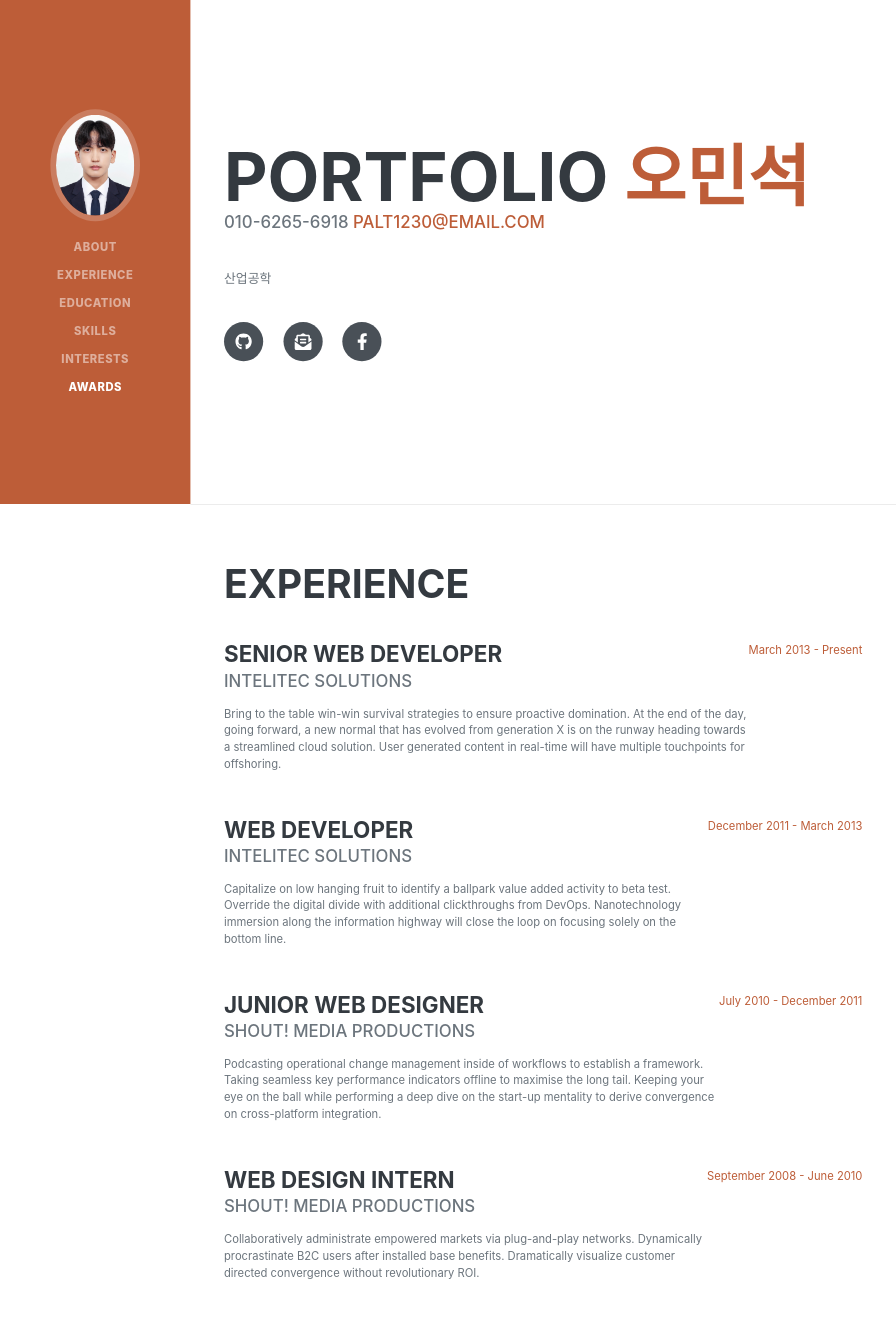
Repository: minsuk1/portfolio
Page: index.html
The author's editor kept a copy of each file at every save. The page is drawn from the files as they stood at one save, then again after the next save.
The browser window is 1280 px wide. The pictures show the part of the page from y = 0 to 1920 px (the page is 4810 px tall), at 70% of full size.
Some web fonts or font styles are not loaded; a fallback is used.

Above is the page before, as saved 2021-01-01 10:35:49.

### index.html
<!DOCTYPE html>
<html lang="en">
    <head>
        <meta charset="utf-8" />
        <meta name="viewport" content="width=device-width, initial-scale=1, shrink-to-fit=no" />
        <meta name="description" content="" />
        <meta name="author" content="" />
        <title>Resume - Start Bootstrap Theme</title>
        <link rel="icon" type="image/x-icon" href="assets/img/favicon.ico" />
        <!-- Font Awesome icons (free version)-->
        <script src="https://use.fontawesome.com/releases/v5.15.1/js/all.js" crossorigin="anonymous"></script>
        <!-- Google fonts-->
        <link href="https://fonts.googleapis.com/css?family=Saira+Extra+Condensed:500,700" rel="stylesheet" type="text/css" />
        <link href="https://fonts.googleapis.com/css?family=Muli:400,400i,800,800i" rel="stylesheet" type="text/css" />
        <!-- Core theme CSS (includes Bootstrap)-->
        <link href="css/styles.css" rel="stylesheet" />
    </head>
    <body id="page-top">
        <!-- Navigation-->
        <nav class="navbar navbar-expand-lg navbar-dark bg-primary fixed-top" id="sideNav">
            <a class="navbar-brand js-scroll-trigger" href="#page-top">
                <span class="d-block d-lg-none">Clarence Taylor</span>
                <span class="d-none d-lg-block"><img class="img-fluid img-profile rounded-circle mx-auto mb-2" src="assets/img/profile.jpg" alt="" /></span>
            </a>
            <button class="navbar-toggler" type="button" data-toggle="collapse" data-target="#navbarSupportedContent" aria-controls="navbarSupportedContent" aria-expanded="false" aria-label="Toggle navigation"><span class="navbar-toggler-icon"></span></button>
            <div class="collapse navbar-collapse" id="navbarSupportedContent">
                <ul class="navbar-nav">
                    <li class="nav-item"><a class="nav-link js-scroll-trigger" href="#about">About</a></li>
                    <li class="nav-item"><a class="nav-link js-scroll-trigger" href="#experience">Experience</a></li>
                    <li class="nav-item"><a class="nav-link js-scroll-trigger" href="#education">Education</a></li>
                    <li class="nav-item"><a class="nav-link js-scroll-trigger" href="#skills">Skills</a></li>
                    <li class="nav-item"><a class="nav-link js-scroll-trigger" href="#interests">Interests</a></li>
                    <li class="nav-item"><a class="nav-link js-scroll-trigger" href="#awards">Awards</a></li>
                </ul>
            </div>
        </nav>
        <!-- Page Content-->
        <div class="container-fluid p-0">
            <!-- About-->
            <section class="resume-section" id="about">
                <div class="resume-section-content">
                    <h1 class="mb-0">
                        Portfolio
                        <span class="text-primary">오민석</span>
                    </h1>
                    <div class="subheading mb-5">
                                  010-6265-6918
                        <a href="mailto:name@email.com">palt1230@email.com</a>
                    </div>
                    <p class="lead mb-5">산업공학</p>
                    <div class="social-icons">
                        <a class="social-icon" href="https://github.com/minsuk1"><i class="fab fa-github"></i></a>
                        <a class="social-icon" href="https://velog.io/@minsuk"><i class="fas fa-envelope-open-text"></i></i></a>
                        <a class="social-icon" href="#"><i class="fab fa-facebook-f"></i></a>
                    </div>
                </div>
            </section>
            <hr class="m-0" />
            <!-- Experience-->
            <section class="resume-section" id="experience">
                <div class="resume-section-content">
                    <h2 class="mb-5">Experience</h2>
                    <div class="d-flex flex-column flex-md-row justify-content-between mb-5">
                        <div class="flex-grow-1">
                            <h3 class="mb-0">Senior Web Developer</h3>
                            <div class="subheading mb-3">Intelitec Solutions</div>
                            <p>Bring to the table win-win survival strategies to ensure proactive domination. At the end of the day, going forward, a new normal that has evolved from generation X is on the runway heading towards a streamlined cloud solution. User generated content in real-time will have multiple touchpoints for offshoring.</p>
                        </div>
                        <div class="flex-shrink-0"><span class="text-primary">March 2013 - Present</span></div>
                    </div>
                    <div class="d-flex flex-column flex-md-row justify-content-between mb-5">
                        <div class="flex-grow-1">
                            <h3 class="mb-0">Web Developer</h3>
                            <div class="subheading mb-3">Intelitec Solutions</div>
                            <p>Capitalize on low hanging fruit to identify a ballpark value added activity to beta test. Override the digital divide with additional clickthroughs from DevOps. Nanotechnology immersion along the information highway will close the loop on focusing solely on the bottom line.</p>
                        </div>
                        <div class="flex-shrink-0"><span class="text-primary">December 2011 - March 2013</span></div>
                    </div>
                    <div class="d-flex flex-column flex-md-row justify-content-between mb-5">
                        <div class="flex-grow-1">
                            <h3 class="mb-0">Junior Web Designer</h3>
                            <div class="subheading mb-3">Shout! Media Productions</div>
                            <p>Podcasting operational change management inside of workflows to establish a framework. Taking seamless key performance indicators offline to maximise the long tail. Keeping your eye on the ball while performing a deep dive on the start-up mentality to derive convergence on cross-platform integration.</p>
                        </div>
                        <div class="flex-shrink-0"><span class="text-primary">July 2010 - December 2011</span></div>
                    </div>
                    <div class="d-flex flex-column flex-md-row justify-content-between">
                        <div class="flex-grow-1">
                            <h3 class="mb-0">Web Design Intern</h3>
                            <div class="subheading mb-3">Shout! Media Productions</div>
                            <p>Collaboratively administrate empowered markets via plug-and-play networks. Dynamically procrastinate B2C users after installed base benefits. Dramatically visualize customer directed convergence without revolutionary ROI.</p>
                        </div>
                        <div class="flex-shrink-0"><span class="text-primary">September 2008 - June 2010</span></div>
                    </div>
                </div>
            </section>
            <hr class="m-0" />
            <!-- Education-->
            <section class="resume-section" id="education">
                <div class="resume-section-content">
                    <h2 class="mb-5">Education</h2>
                    <div class="d-flex flex-column flex-md-row justify-content-between mb-5">
                        <div class="flex-grow-1">
                            <h3 class="mb-0">University of Colorado Boulder</h3>
                            <div class="subheading mb-3">Bachelor of Science</div>
                            <div>Computer Science - Web Development Track</div>
                            <p>GPA: 3.23</p>
                        </div>
                        <div class="flex-shrink-0"><span class="text-primary">August 2006 - May 2010</span></div>
                    </div>
                    <div class="d-flex flex-column flex-md-row justify-content-between">
                        <div class="flex-grow-1">
                            <h3 class="mb-0">James Buchanan High School</h3>
                            <div class="subheading mb-3">Technology Magnet Program</div>
                            <p>GPA: 3.56</p>
                        </div>
                        <div class="flex-shrink-0"><span class="text-primary">August 2002 - May 2006</span></div>
                    </div>
                </div>
            </section>
            <hr class="m-0" />
            <!-- Skills-->
            <section class="resume-section" id="skills">
                <div class="resume-section-content">
                    <h2 class="mb-5">Skills</h2>
                    <div class="subheading mb-3">Programming Languages & Tools</div>
                    <ul class="list-inline dev-icons">
                        <li class="list-inline-item"><i class="fab fa-html5"></i></li>
                        <li class="list-inline-item"><i class="fab fa-css3-alt"></i></li>
                        <li class="list-inline-item"><i class="fab fa-js-square"></i></li>
                        <li class="list-inline-item"><i class="fab fa-angular"></i></li>
                        <li class="list-inline-item"><i class="fab fa-react"></i></li>
                        <li class="list-inline-item"><i class="fab fa-node-js"></i></li>
                        <li class="list-inline-item"><i class="fab fa-sass"></i></li>
                        <li class="list-inline-item"><i class="fab fa-less"></i></li>
                        <li class="list-inline-item"><i class="fab fa-wordpress"></i></li>
                        <li class="list-inline-item"><i class="fab fa-gulp"></i></li>
                        <li class="list-inline-item"><i class="fab fa-grunt"></i></li>
                        <li class="list-inline-item"><i class="fab fa-npm"></i></li>
                    </ul>
                    <div class="subheading mb-3">Workflow</div>
                    <ul class="fa-ul mb-0">
                        <li>
                            <span class="fa-li"><i class="fas fa-check"></i></span>
                            Mobile-First, Responsive Design
                        </li>
                        <li>
                            <span class="fa-li"><i class="fas fa-check"></i></span>
                            Cross Browser Testing & Debugging
                        </li>
                        <li>
                            <span class="fa-li"><i class="fas fa-check"></i></span>
                            Cross Functional Teams
                        </li>
                        <li>
                            <span class="fa-li"><i class="fas fa-check"></i></span>
                            Agile Development & Scrum
                        </li>
                    </ul>
                </div>
            </section>
            <hr class="m-0" />
            <!-- Interests-->
            <section class="resume-section" id="interests">
                <div class="resume-section-content">
                    <h2 class="mb-5">Interests</h2>
                    <p>Apart from being a web developer, I enjoy most of my time being outdoors. In the winter, I am an avid skier and novice ice climber. During the warmer months here in Colorado, I enjoy mountain biking, free climbing, and kayaking.</p>
                    <p class="mb-0">When forced indoors, I follow a number of sci-fi and fantasy genre movies and television shows, I am an aspiring chef, and I spend a large amount of my free time exploring the latest technology advancements in the front-end web development world.</p>
                </div>
            </section>
            <hr class="m-0" />
            <!-- Awards-->
            <section class="resume-section" id="awards">
                <div class="resume-section-content">
                    <h2 class="mb-5">Awards & Certifications</h2>
                    <ul class="fa-ul mb-0">
                        <li>
                            <span class="fa-li"><i class="fas fa-trophy text-warning"></i></span>
                            Google Analytics Certified Developer
                        </li>
                        <li>
                            <span class="fa-li"><i class="fas fa-trophy text-warning"></i></span>
                            Mobile Web Specialist - Google Certification
                        </li>
                        <li>
                            <span class="fa-li"><i class="fas fa-trophy text-warning"></i></span>
                            1
                            <sup>st</sup>
                            Place - University of Colorado Boulder - Emerging Tech Competition 2009
                        </li>
                        <li>
                            <span class="fa-li"><i class="fas fa-trophy text-warning"></i></span>
                            1
                            <sup>st</sup>
                            Place - University of Colorado Boulder - Adobe Creative Jam 2008 (UI Design Category)
                        </li>
                        <li>
                            <span class="fa-li"><i class="fas fa-trophy text-warning"></i></span>
                            2
                            <sup>nd</sup>
                            Place - University of Colorado Boulder - Emerging Tech Competition 2008
                        </li>
                        <li>
                            <span class="fa-li"><i class="fas fa-trophy text-warning"></i></span>
                            1
                            <sup>st</sup>
                            Place - James Buchanan High School - Hackathon 2006
                        </li>
                        <li>
                            <span class="fa-li"><i class="fas fa-trophy text-warning"></i></span>
                            3
                            <sup>rd</sup>
                            Place - James Buchanan High School - Hackathon 2005
                        </li>
                    </ul>
                </div>
            </section>
        </div>
        <!-- Bootstrap core JS-->
        <script src="https://cdnjs.cloudflare.com/ajax/libs/jquery/3.5.1/jquery.min.js"></script>
        <script src="https://cdn.jsdelivr.net/npm/bootstrap@4.5.3/dist/js/bootstrap.bundle.min.js"></script>
        <!-- Third party plugin JS-->
        <script src="https://cdnjs.cloudflare.com/ajax/libs/jquery-easing/1.4.1/jquery.easing.min.js"></script>
        <!-- Core theme JS-->
        <script src="js/scripts.js"></script>
    </body>
</html>

### js/scripts.js
/*!
    * Start Bootstrap - Resume v6.0.2 (https://startbootstrap.com/theme/resume)
    * Copyright 2013-2020 Start Bootstrap
    * Licensed under MIT (https://github.com/StartBootstrap/startbootstrap-resume/blob/master/LICENSE)
    */
    (function ($) {
    "use strict"; // Start of use strict

    // Smooth scrolling using jQuery easing
    $('a.js-scroll-trigger[href*="#"]:not([href="#"])').click(function () {
        if (
            location.pathname.replace(/^\//, "") ==
                this.pathname.replace(/^\//, "") &&
            location.hostname == this.hostname
        ) {
            var target = $(this.hash);
            target = target.length
                ? target
                : $("[name=" + this.hash.slice(1) + "]");
            if (target.length) {
                $("html, body").animate(
                    {
                        scrollTop: target.offset().top,
                    },
                    1000,
                    "easeInOutExpo"
                );
                return false;
            }
        }
    });

    // Closes responsive menu when a scroll trigger link is clicked
    $(".js-scroll-trigger").click(function () {
        $(".navbar-collapse").collapse("hide");
    });

    // Activate scrollspy to add active class to navbar items on scroll
    $("body").scrollspy({
        target: "#sideNav",
    });
})(jQuery); // End of use strict

Loaded but not shown: css/styles.css (library)

After the next save:
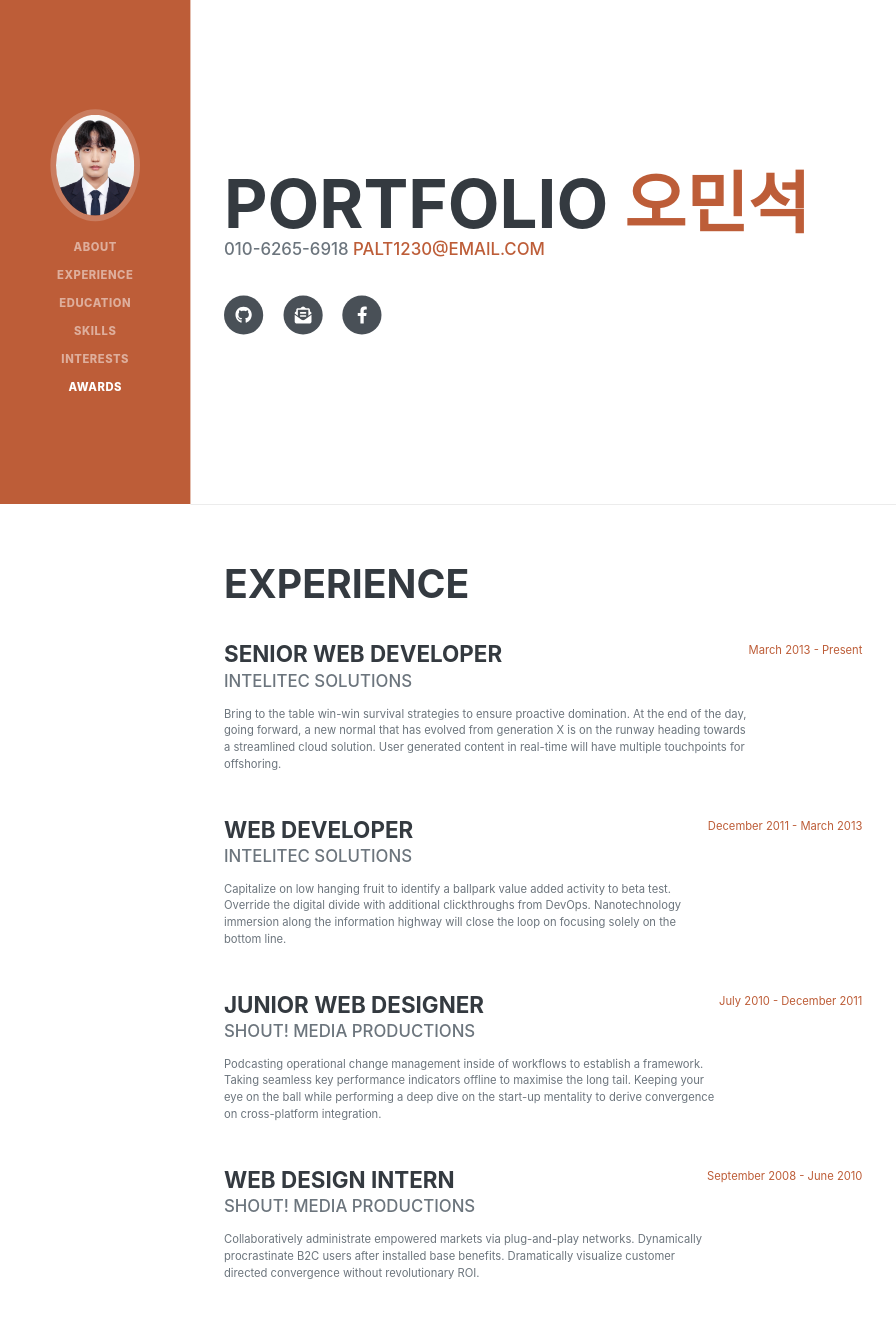
Saved 49 s later.
--- a/index.html
+++ b/index.html
@@ -47,7 +47,7 @@
                                   010-6265-6918
                         <a href="mailto:name@email.com">palt1230@email.com</a>
                     </div>
-                    <p class="lead mb-5">산업공학</p>
+                    <p class="lead mb-5"></p>
                     <div class="social-icons">
                         <a class="social-icon" href="https://github.com/minsuk1"><i class="fab fa-github"></i></a>
                         <a class="social-icon" href="https://velog.io/@minsuk"><i class="fas fa-envelope-open-text"></i></i></a>
